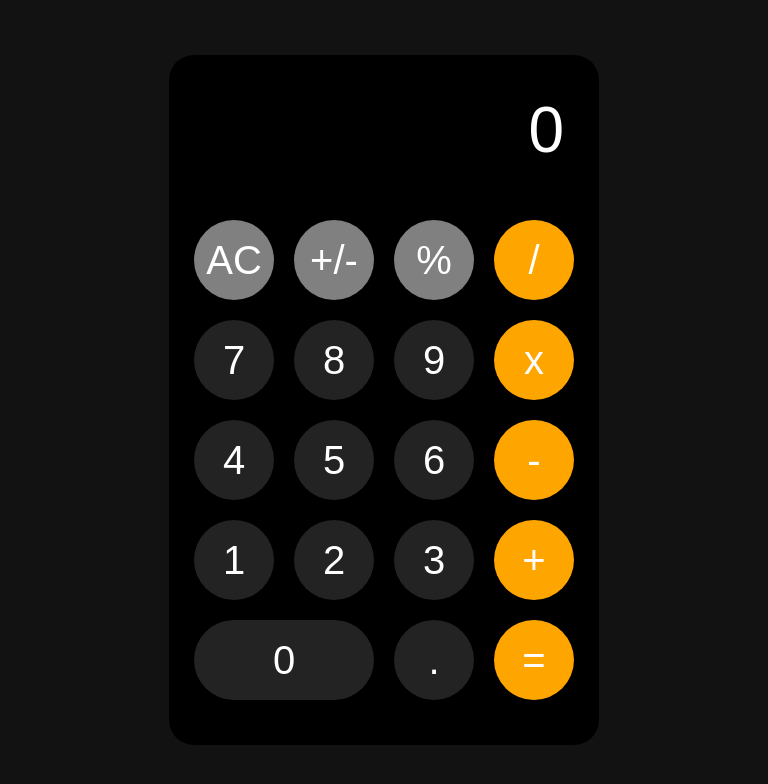
Repository: EguJaredoBoyd/IgHub
Page: mId-week-project/index.html
The author's editor kept a copy of each file at every save. The page is drawn from the files as they stood at one save, then again after the next save.
The browser window is 768 px wide. The pictures show the whole page.

Above is the page before, as saved 2025-03-01 21:39:37.

### mId-week-project/index.html
<!DOCTYPE html>
<html lang="en">
<head>
    <meta charset="UTF-8">
    <meta name="viewport" content="width=device-width, initial-scale=1.0">
    <title>Document</title>
    <link rel="stylesheet" href="./styles.css">
    <script src="./script-two.js" defer></script>
</head>
<body>

    <div id="calculator" >
        <input id="display" readonly>
        <div id="keys">
            <button onclick="clearDisplay()"class="signs">AC</button>
            <button onclick="appendToDisplay('+/-')" class="signs">+/-</button>
            <button onclick="appendToDisplay('%')" class="signs">%</button>
            <button onclick="appendToDisplay('/')" class="operator-btn">/</button>
            <button onclick="appendToDisplay('7')">7</button>
            <button onclick="appendToDisplay('8')">8</button>
            <button onclick="appendToDisplay('9')">9</button>
            <button onclick="appendToDisplay('*')"class="operator-btn">x</button>
            <button onclick="appendToDisplay('4')">4</button>
            <button onclick="appendToDisplay('5')">5</button>
            <button onclick="appendToDisplay('6')">6</button>
            <button onclick="appendToDisplay('-')"class="operator-btn">-</button>
            <button onclick="appendToDisplay('1')">1</button>
            <button onclick="appendToDisplay('2')">2</button>
            <button onclick="appendToDisplay('3')">3</button>
            <button onclick="appendToDisplay('+')"class="operator-btn">+</button>
            <button onclick="appendToDisplay('0')" class="zero">0</button>
            <button onclick="appendToDisplay('.')">.</button>
            <button onclick="calculate()"class="operator-btn">=</button>
        </div>
    </div>

</body>
</html>

### mId-week-project/styles.css
/* Base styles for all screen sizes */
body {
    margin: 0;
    padding: 0;
    display: flex;
    justify-content: center;
    align-items: center;
    min-height: 100vh;
    /* Ensures full viewport height */
    background-color: #121212;
    overflow: auto;
    /* Allows scrolling if needed */
}

/* Ensures content is properly centered and scrollable */
#calculator {
    display: flex;
    flex-direction: column;
    align-items: center;
    justify-content: space-between;
    max-width: 500px;
    width: 90%;
    padding: 20px;
    background-color: black;
    border-radius: 25px;
    overflow: hidden;
    margin: 20px 0;
    /* Prevents it from sticking to the top */
}

#display {
    width: 90%;
    height: 100px;
    /* Ensuring enough space */
    padding: 20px;
    font-size: 5rem;
    text-align: right;
    border: none;
    background-color: black;
    color: white;
}

/* Button Styling */
button {
    width: 100px;
    height: 100px;
    border: none;
    background-color: rgb(36, 35, 35);
    color: white;
    font-size: 3rem;
    font-weight: lighter;
    cursor: pointer;
    border-radius: 50%;
    /* Ensuring all buttons (except zero) stay circular */
}

#keys {
    display: grid;
    grid-template-columns: repeat(4, 1fr);
    gap: 20px;
    padding: 30px;
}

#keys button.zero {
    grid-column: 1 / span 2;
    width: 100%;
    border-radius: 50px;
}

/* Button Interaction */
button:hover {
    background-color: gray;
}

button:active {
    background-color: white;
}

/* Special button colors */
.operator-btn {
    background-color: orange;
}

.signs {
    background-color: gray;
}

/* Responsive Design: Scaling down properly for smaller screens */
@media (max-width: 768px) {
    button {
        width: 80px;
        height: 80px;
        font-size: 2.5rem;
    }

    #calculator {
        max-width: 400px;
        padding: 15px;
    }

    #display {
        font-size: 4rem;
        padding: 20px;
        height: 80px;
        /* Adjust display size for smaller screens */
    }
}

@media (max-width: 480px) {
    button {
        width: 60px;
        height: 60px;
        font-size: 2rem;
    }

    #keys {
        gap: 10px;
    }

    #display {
        font-size: 3rem;
        padding: 15px;
        height: 70px;
        /* Adjust display size for mobile */
    }

    #calculator {
        width: 95%;
        padding: 10px;
    }
}

### mId-week-project/script-two.js
let display = document.getElementById("display");
let currentInput = "";
let operator = "";
let firstOperand = null;

function appendToDisplay(value) {
    if (value === "+/-") {
        currentInput = currentInput ? String(-parseFloat(currentInput)) : "";
    } else if (value === "%") {
        currentInput = currentInput ? String(parseFloat(currentInput) / 100) : "";
    } else if (["+", "-", "*", "/"].includes(value)) {
        if (firstOperand === null) {
            firstOperand = parseFloat(currentInput);
            operator = value;
            currentInput = "";
        } else if (currentInput !== "") {
            calculate();
            operator = value;
        }
    } else {
        currentInput += value;
    }
    updateDisplay();
}

function updateDisplay() {
    display.value = currentInput || firstOperand || "0";
}

function clearDisplay() {
    currentInput = "";
    operator = "";
    firstOperand = null;
    updateDisplay();
}

function calculate() {
    if (firstOperand !== null && operator && currentInput !== "") {
        let secondOperand = parseFloat(currentInput);
        switch (operator) {
            case "+":
                firstOperand += secondOperand;
                break;
            case "-":
                firstOperand -= secondOperand;
                break;
            case "*":
                firstOperand *= secondOperand;
                break;
            case "/":
                firstOperand = secondOperand !== 0 ? firstOperand / secondOperand : "Error";
                break;
        }
        currentInput = "";
        operator = "";
        updateDisplay();
    }
}

// Initialize display
updateDisplay();

After the next save:
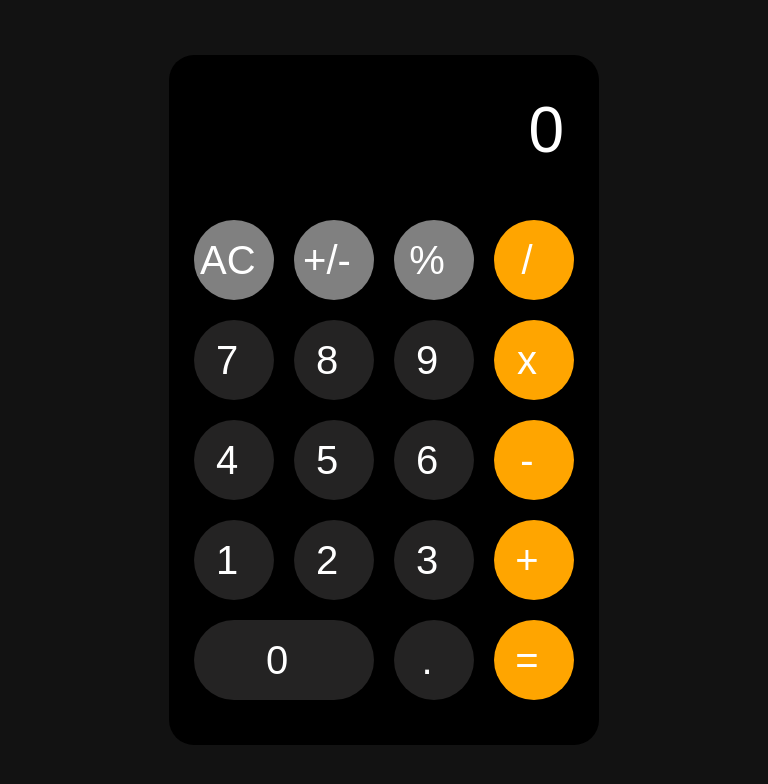
Saved 15 min 55 s later.
--- a/mId-week-project/styles.css
+++ b/mId-week-project/styles.css
@@ -91,6 +91,8 @@ button:active {
         width: 80px;
         height: 80px;
         font-size: 2.5rem;
+        padding-right: 20px;
+
     }
 
     #calculator {
@@ -104,6 +106,7 @@ button:active {
         height: 80px;
         /* Adjust display size for smaller screens */
     }
+
 }
 
 @media (max-width: 480px) {
